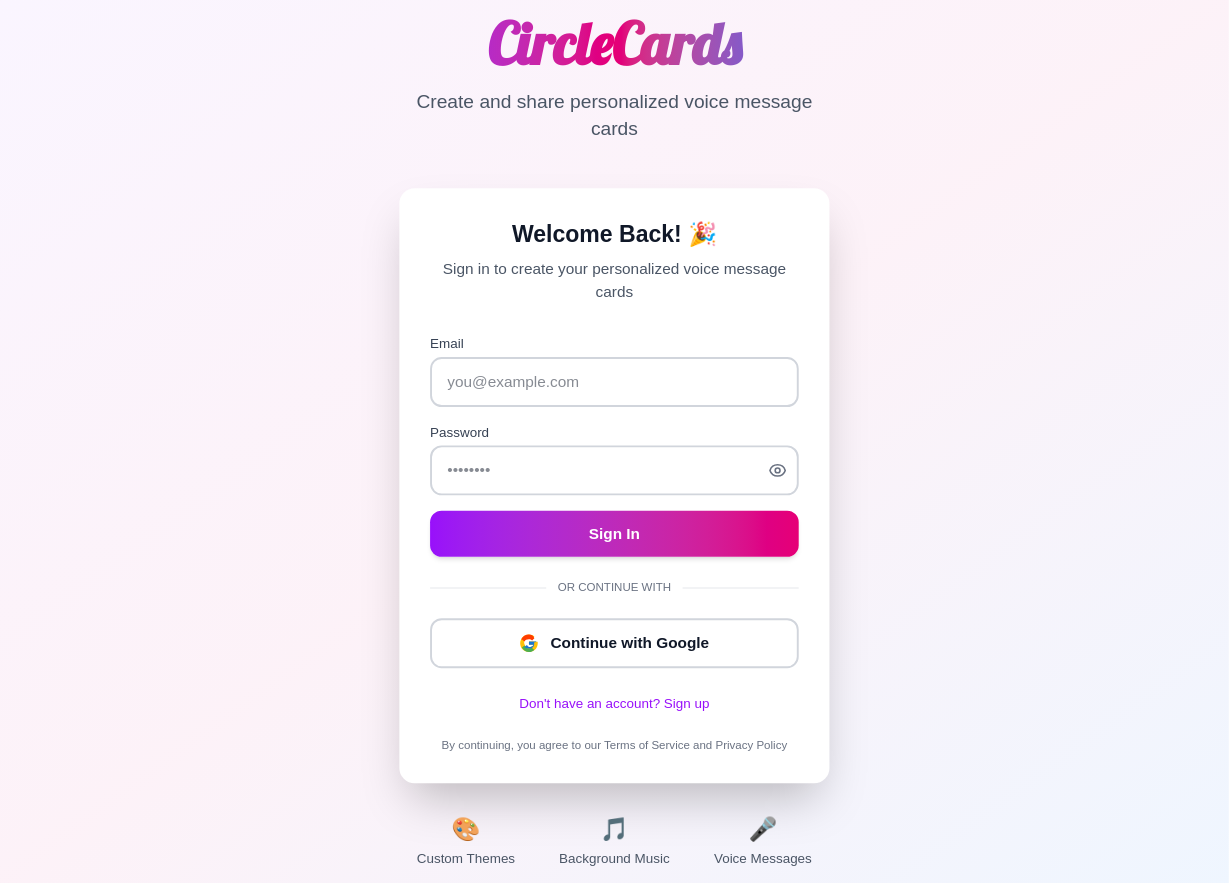
Repository: Aworminator/Birthday-Card-App
Page: /
An editor plug-in stored every save of this project. The page is shown before and after the next save, followed by the edit.
The browser window is 1280 px wide. The pictures show the whole page, at 96% of full size.
The page's requests for data from a server got no answer. The project was rebuilt for these pictures with package versions that can differ from the ones it lists, and the page was loaded fresh each time. The framework's server and built-in components were replaced by stand-ins that run in the browser. No one was signed in, and anything a server would have sent is missing. Also part of the build but not shown: next.config.ts.

Above is the page before, as saved 2025-12-22 21:09:54.

After the next save:
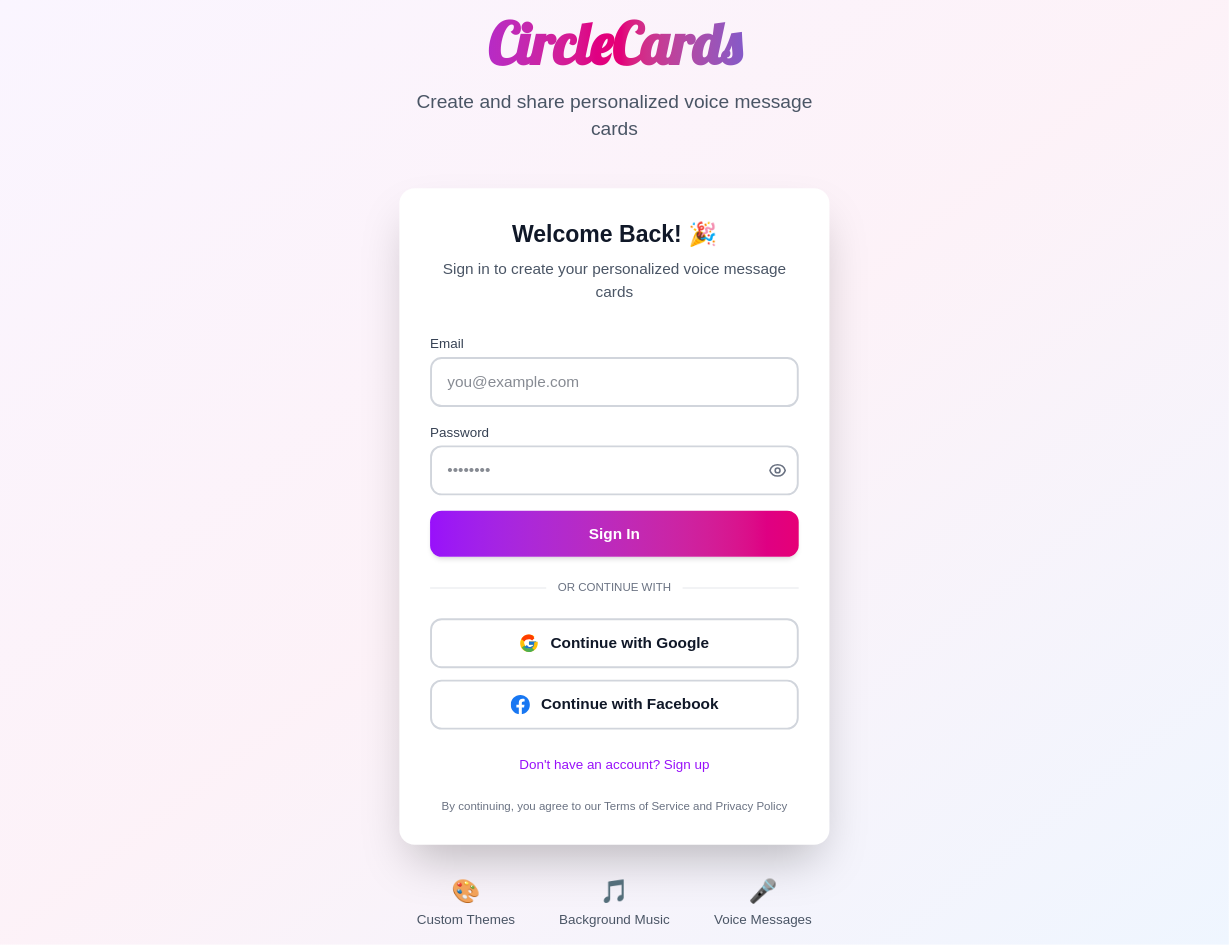
Saved 96 s later.
--- a/app/page.tsx
+++ b/app/page.tsx
@@ -2,8 +2,6 @@
 import { useEffect, useState } from "react";
 import { supabase } from "@/lib/supabase";
 import { useRouter } from "next/navigation";
-
-const enableFacebook = process.env.NEXT_PUBLIC_ENABLE_FACEBOOK === "true";
 const debugAuth = process.env.NEXT_PUBLIC_DEBUG_AUTH === "true";
 const supabaseUrl = process.env.NEXT_PUBLIC_SUPABASE_URL;
 
@@ -333,23 +331,21 @@ export default function WelcomePage() {
               </svg>
               Continue with Google
             </button>
-            {enableFacebook && (
-              <button
-                type="button"
-                disabled={authLoading}
-                onClick={() => handleOAuth("facebook")}
-                className="w-full px-6 py-3 border-2 border-gray-300 rounded-xl hover:border-gray-400 transition-all bg-white text-gray-900 font-semibold disabled:opacity-50 disabled:cursor-not-allowed flex items-center justify-center gap-3"
+            <button
+              type="button"
+              disabled={authLoading}
+              onClick={() => handleOAuth("facebook")}
+              className="w-full px-6 py-3 border-2 border-gray-300 rounded-xl hover:border-gray-400 transition-all bg-white text-gray-900 font-semibold disabled:opacity-50 disabled:cursor-not-allowed flex items-center justify-center gap-3"
+            >
+              <svg
+                xmlns="http://www.w3.org/2000/svg"
+                viewBox="0 0 24 24"
+                className="w-5 h-5 fill-[#1877F2]"
               >
-                <svg
-                  xmlns="http://www.w3.org/2000/svg"
-                  viewBox="0 0 24 24"
-                  className="w-5 h-5 fill-[#1877F2]"
-                >
-                  <path d="M24 12.073C24 5.405 18.627 0 12 0S0 5.405 0 12.073C0 18.09 4.388 23.094 10.125 24v-8.438H7.078V12.07h3.047V9.412c0-3.007 1.792-4.668 4.533-4.668 1.312 0 2.686.235 2.686.235v2.953h-1.513c-1.492 0-1.955.93-1.955 1.887v2.251h3.328l-.532 3.492h-2.796V24C19.612 23.094 24 18.09 24 12.073z" />
-                </svg>
-                Continue with Facebook
-              </button>
-            )}
+                <path d="M24 12.073C24 5.405 18.627 0 12 0S0 5.405 0 12.073C0 18.09 4.388 23.094 10.125 24v-8.438H7.078V12.07h3.047V9.412c0-3.007 1.792-4.668 4.533-4.668 1.312 0 2.686.235 2.686.235v2.953h-1.513c-1.492 0-1.955.93-1.955 1.887v2.251h3.328l-.532 3.492h-2.796V24C19.612 23.094 24 18.09 24 12.073z" />
+              </svg>
+              Continue with Facebook
+            </button>
           </div>
 
           <div className="mt-6 text-center">
